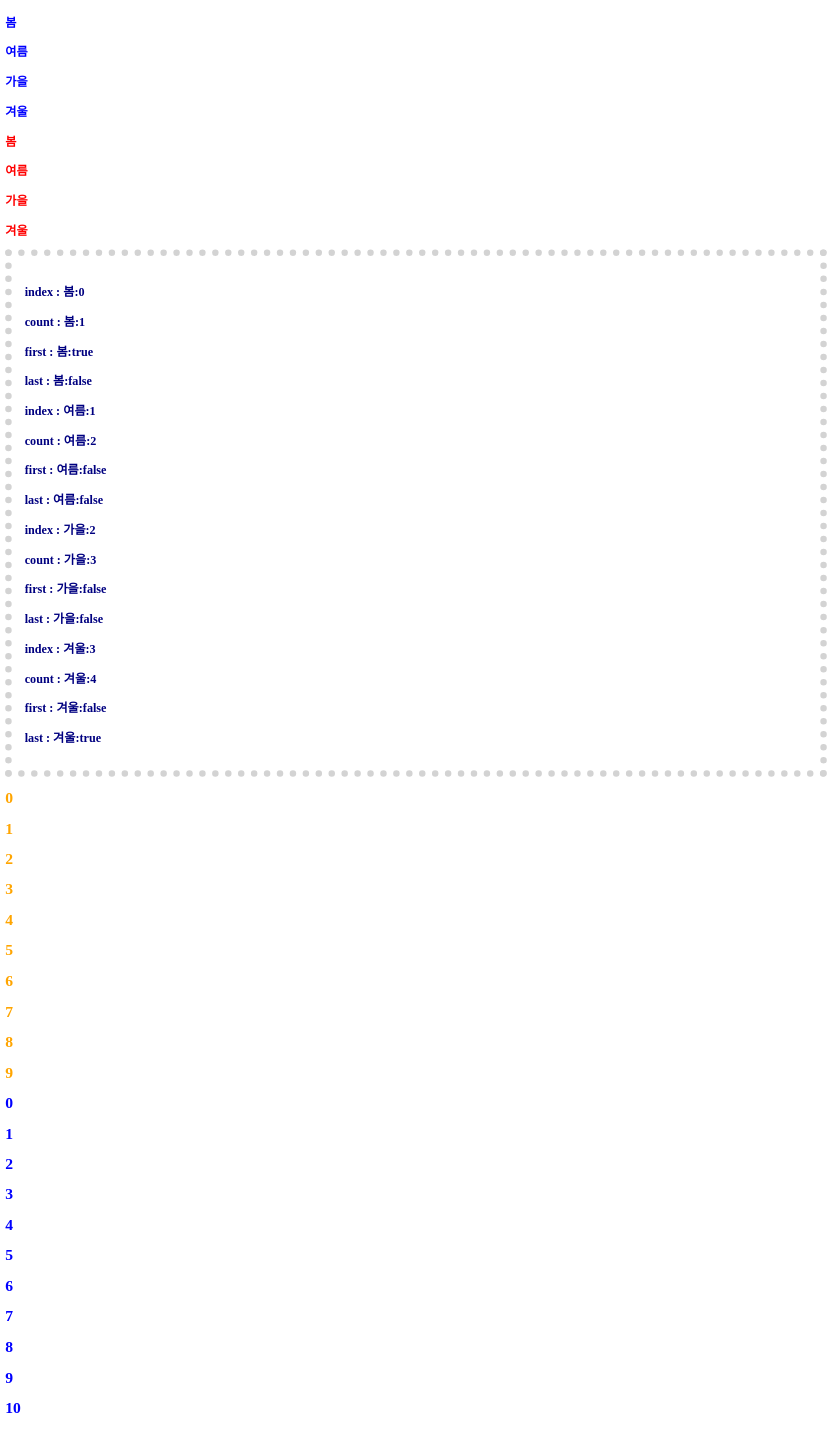
Repository: UnibusK/Java-Study
Page: http://localhost/JSP31/
The author's editor kept a copy of each file at every save. The page is drawn from the files as they stood at one save, then again after the next save.
The browser window is 1280 px wide. The pictures show the whole page, at 65% of full size.
The page is served by Tomcat 9.

Above is the page before, as saved 2023-12-07 06:23:24.

After the next save:
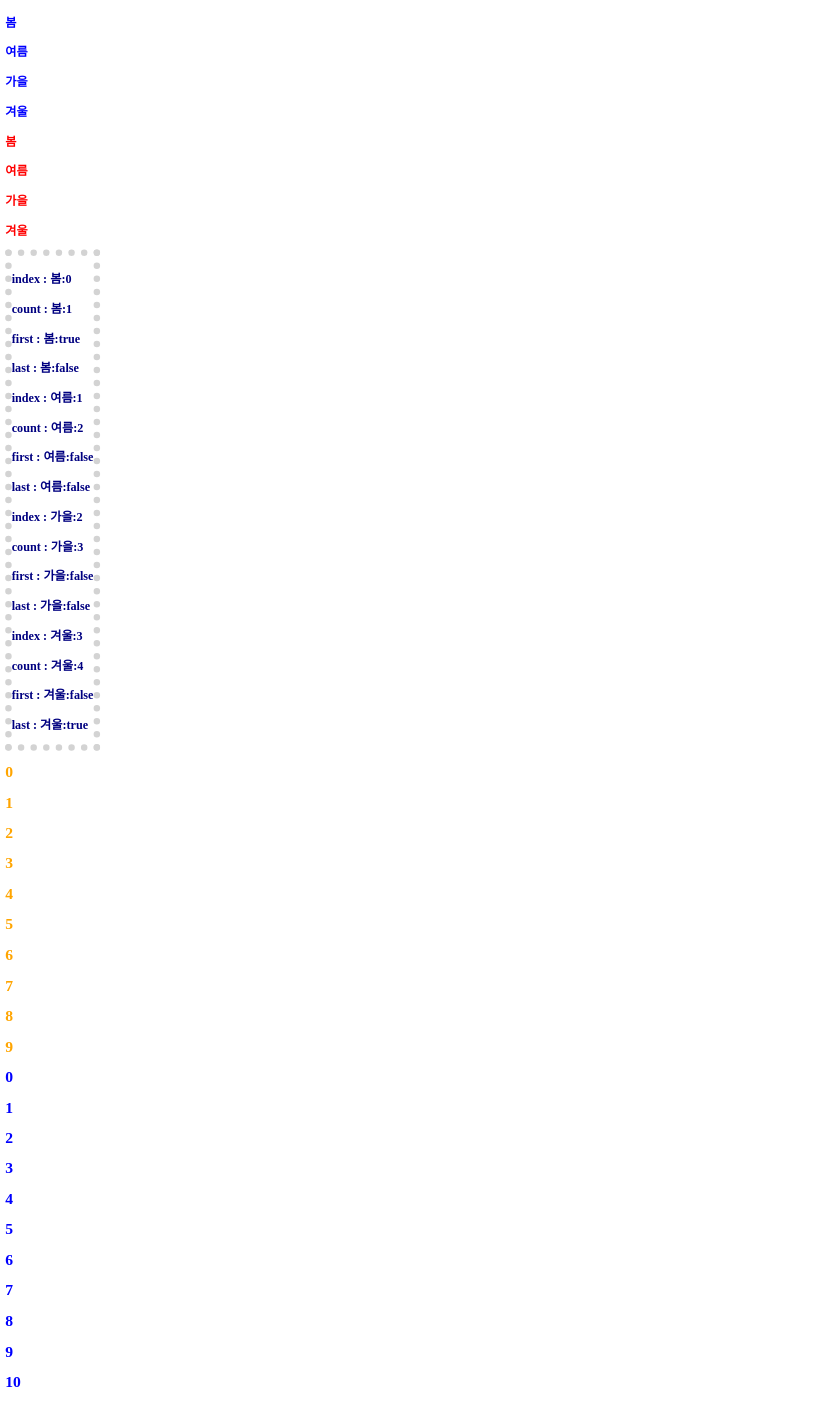
Saved 3 min 17 s later.
--- a/JSP/JSP31/src/main/webapp/index.jsp
+++ b/JSP/JSP31/src/main/webapp/index.jsp
@@ -28,7 +28,7 @@
 		<!-- varStatue.last : 최후의 데이터 인지를 판별, 값은 boolean을 갖고 있음 -->
 		<c:forEach var="str" items="${arr }" varStatus="iter">
 			<c:if test="${iter.first }">
-				<div style="border:10px dotted lightgray; padding:20px;">
+				<div style="border:10px dotted lightgray; width:max-content;">
 			</c:if>
 			<!-- index -->
 			<h3 style='color:navy;'>index : ${str }:${iter.index }</h3>
